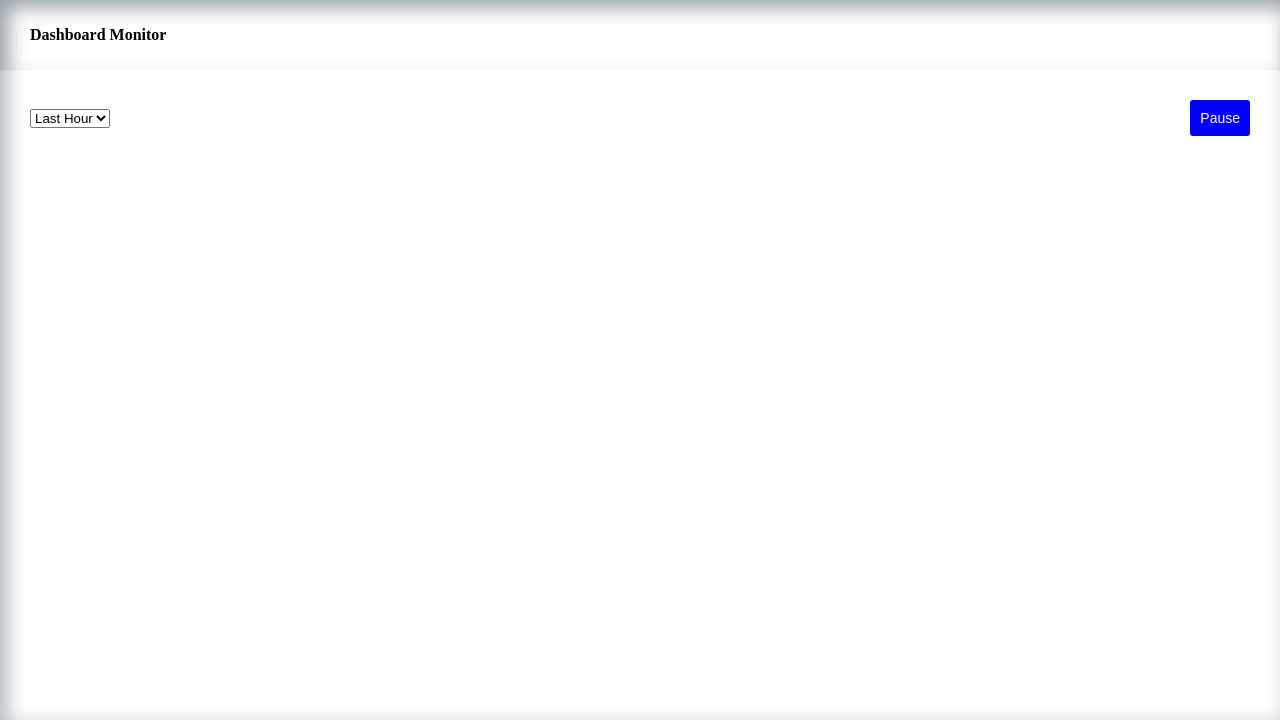
Repository: egorgloom/dashboard
Page: /
An editor plug-in stored every save of this project. The page is shown before and after the next save, followed by the edit.
The browser window is 1280 px wide. The pictures show the whole page.
The page's requests for data from a server got no answer. The project was rebuilt for these pictures with package versions that can differ from the ones it lists, and the page was loaded fresh each time. No one was signed in, and anything a server would have sent is missing. Also part of the build but not shown: webpack.config.js, src/components/Charts/MetricsChart.tsx, src/components/SingleServerMetrics/SingleServerMetrics.tsx.

Above is the page before, as saved 2025-04-23 17:14:10.

After the next save:
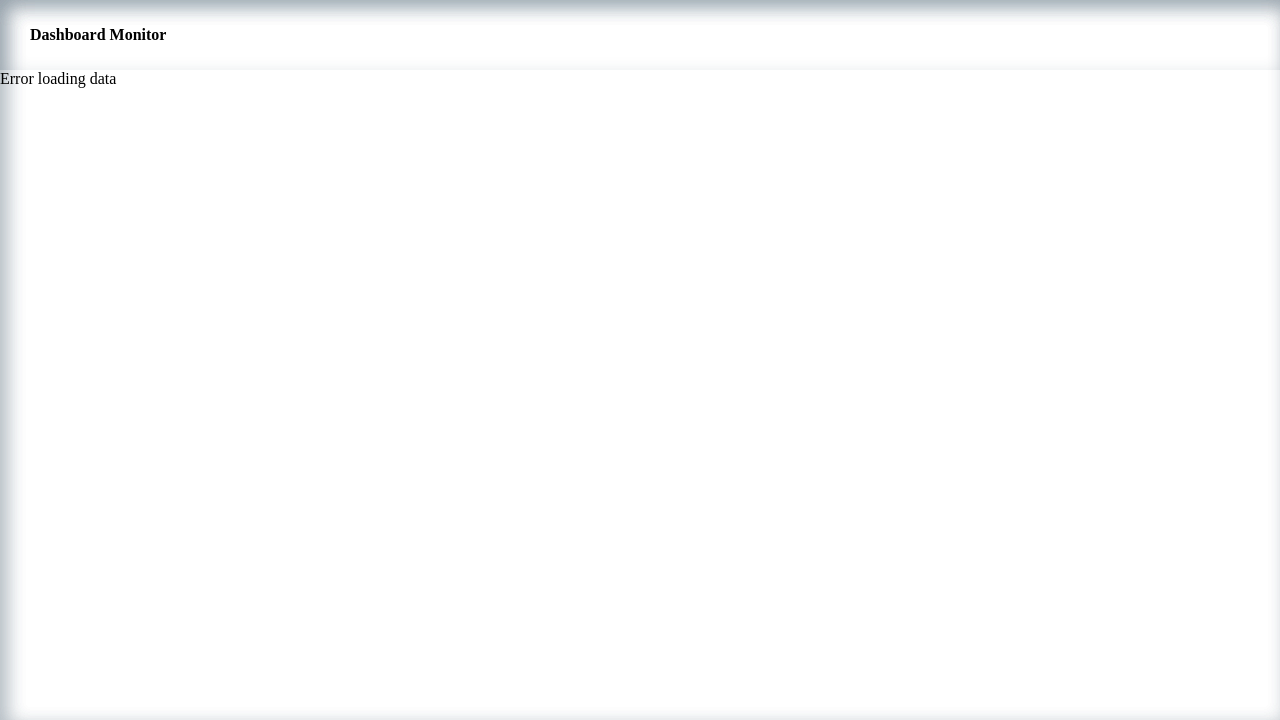
Saved 43 s later.
--- a/src/components/OverviewPage/OverviewPage.tsx
+++ b/src/components/OverviewPage/OverviewPage.tsx
@@ -26,6 +26,10 @@ const OverviewPage: FC<IOverviewPage> = () => {
       };
 
       const historicalData = data?.location;
+
+      if (isLoading) return <div>Loading...</div>;
+
+      if (error) return <div>Error loading data</div>;
 
       console.log(historicalData)
     return (
